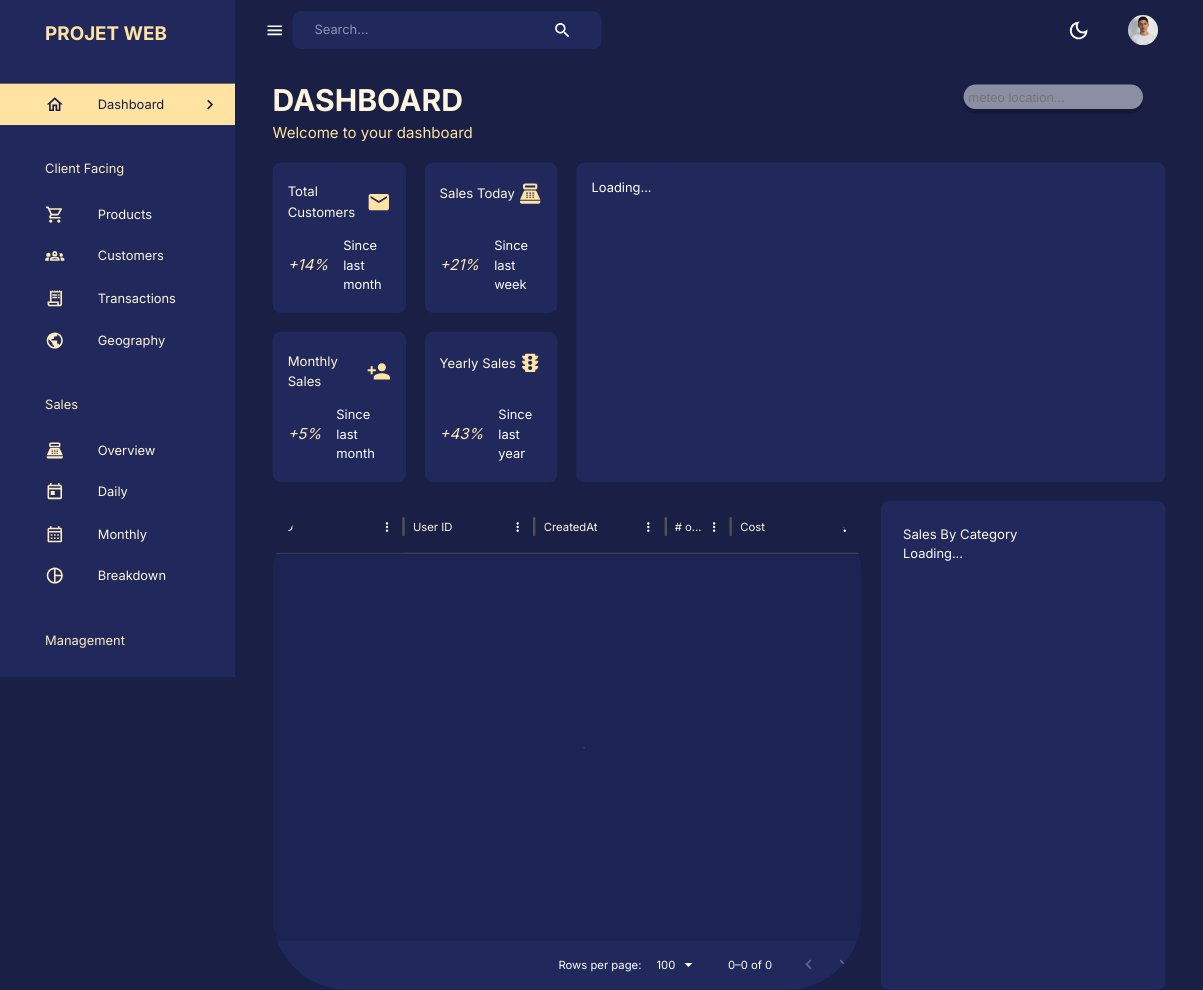
Repository: Alexiserenity/MERN-Dashboard
Page: / (app in client/)
An editor plug-in stored every save of this project. The page is shown before and after the next save, followed by the edit.
The browser window is 1280 px wide. The pictures show the whole page, at 94% of full size.
The page's requests for data from a server got no answer. The project was rebuilt for these pictures with package versions that can differ from the ones it lists, and the page was loaded fresh each time. No one was signed in, and anything a server would have sent is missing. Also part of the build but not shown: client/src/components/BreakdownChart.jsx, client/src/components/OverviewChart.jsx, client/src/scenes/products/index.jsx, client/src/scenes/customers/index.jsx, client/src/components/DataGridCustomToolbar.jsx, client/src/scenes/transactions/index.jsx, client/src/state/geoData.js, client/src/scenes/geography/index.jsx and 7 more.

Above is the page before, as saved 2022-12-23 23:14:09.

After the next save:
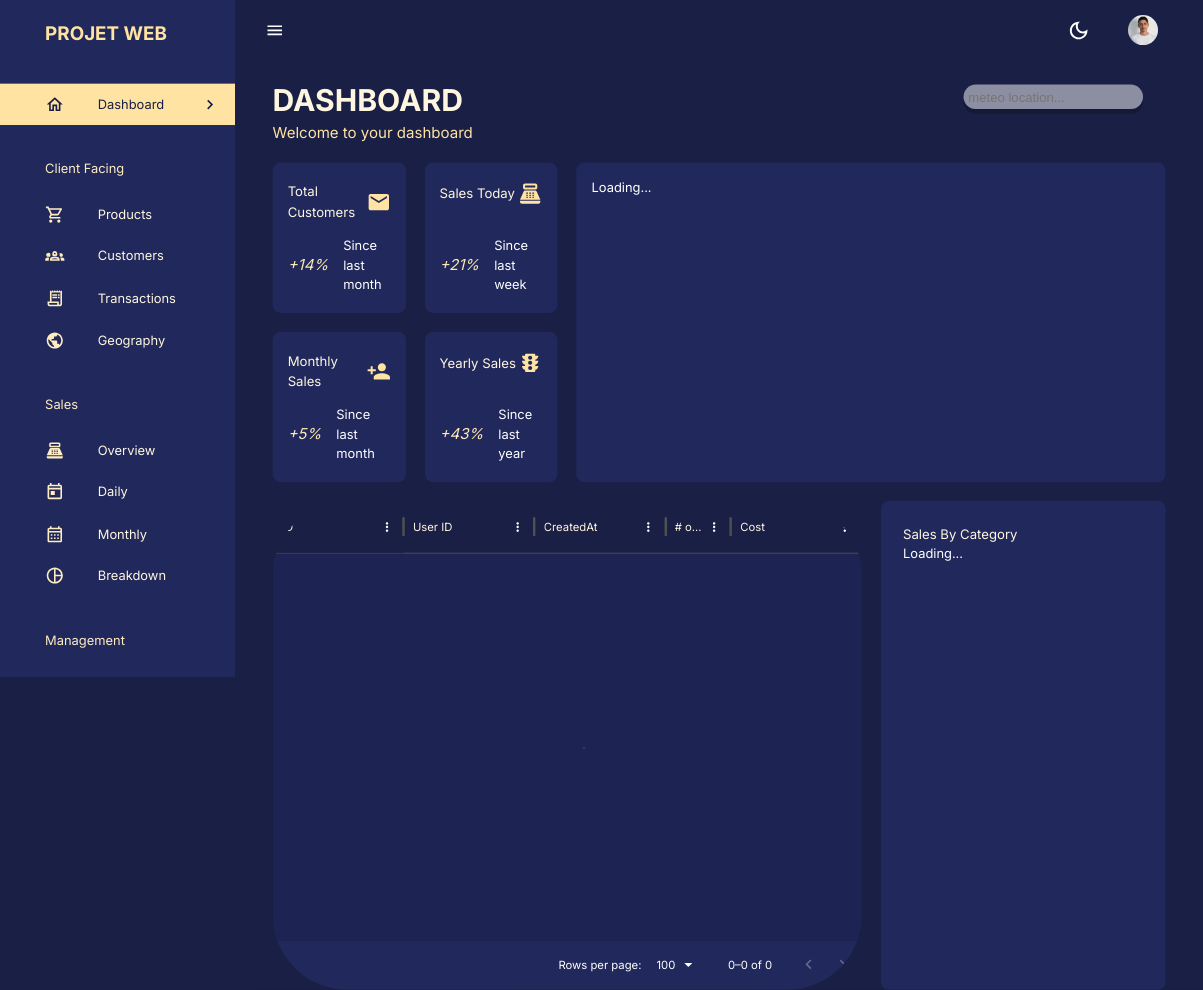
Saved 2 h 29 min later.
--- a/client/src/components/Navbar.jsx
+++ b/client/src/components/Navbar.jsx
@@ -47,17 +47,6 @@ const Navbar = ({ user, isSidebarOpen, setIsSidebarOpen }) => {
           <IconButton onClick={() => setIsSidebarOpen(!isSidebarOpen)}>
             <MenuIcon />
           </IconButton>
-          <FlexBetween
-            backgroundColor={theme.palette.background.alt}
-            borderRadius="9px"
-            gap="3rem"
-            p="0.1rem 1.5rem"
-          >
-            <InputBase placeholder="Search..." />
-            <IconButton>
-              <Search />
-            </IconButton>
-          </FlexBetween>
         </FlexBetween>
 
         {/* RIGHT SIDE */}
